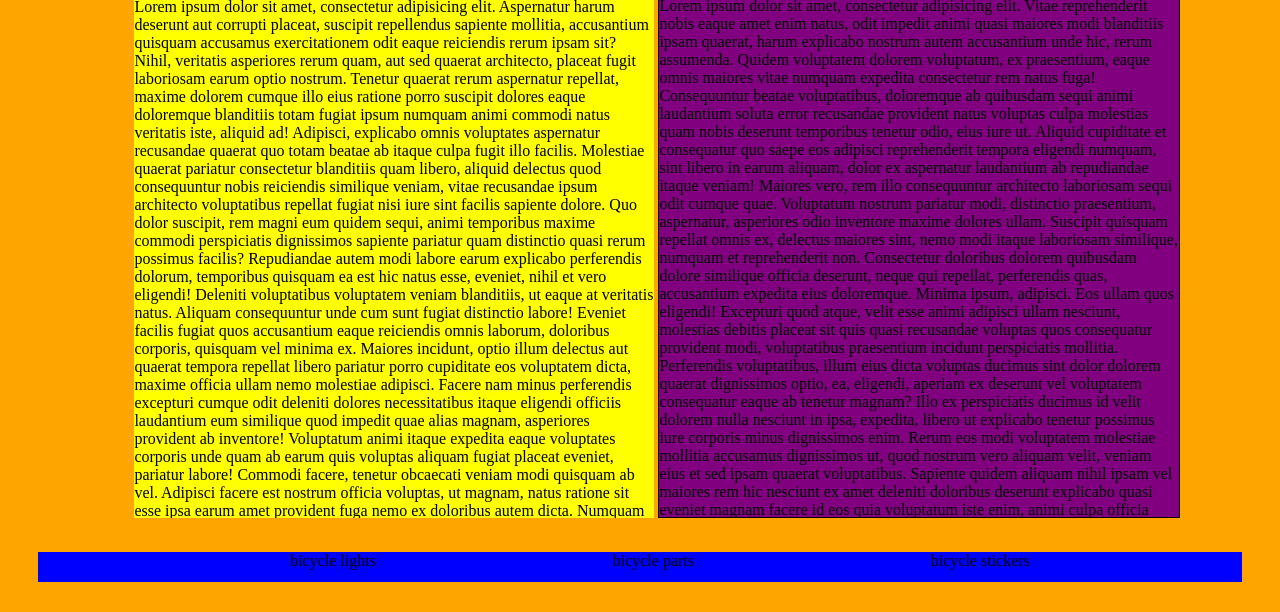
Repository: Danieldev28/Responsive-Web
Page: index.html
The author's editor kept a record of every edit. The page is drawn from the files as they stood at one moment, then again after the next edit.
The browser window is 1280 px wide. The pictures show the part of the page from y = 502 to 1114 px (the page is 1114 px tall before and 1086 px after).
A picture or video elsewhere on the page could not be fetched, so the positions and the page height are approximate. An inner scrolling area shows only its first screen.

Above is the page before.

After the next edit:
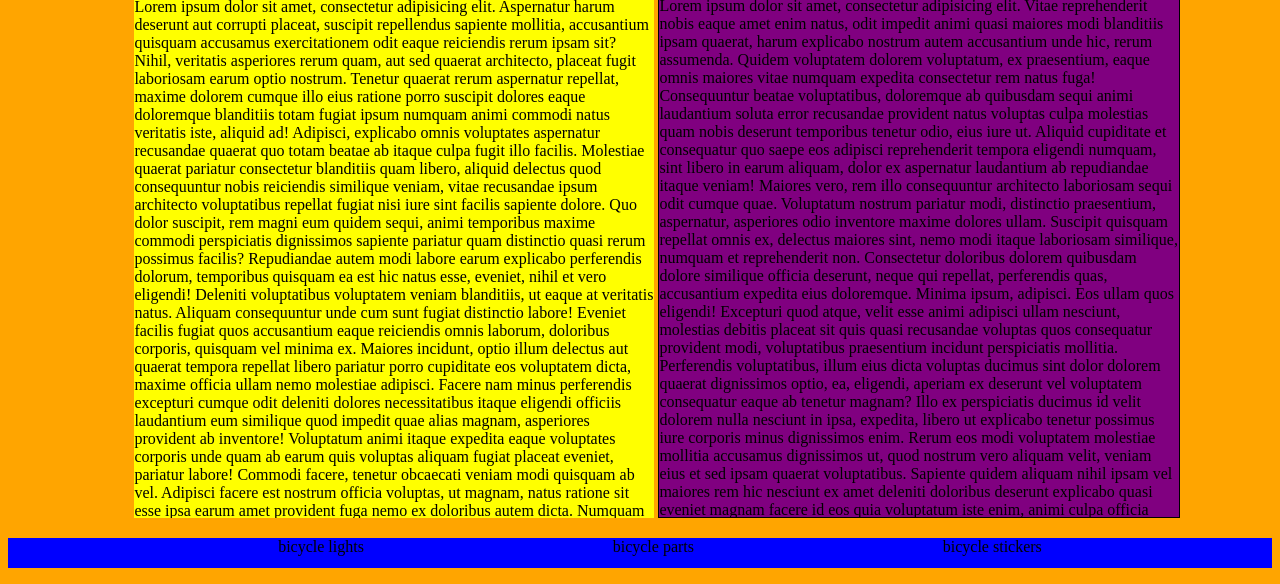
The edit:
--- a/style.css
+++ b/style.css
@@ -28,7 +28,8 @@
 }
 footer nav ul{
  background-color:blue;
- margin:30px;
+ margin:none;
+
 
 }
 body {
